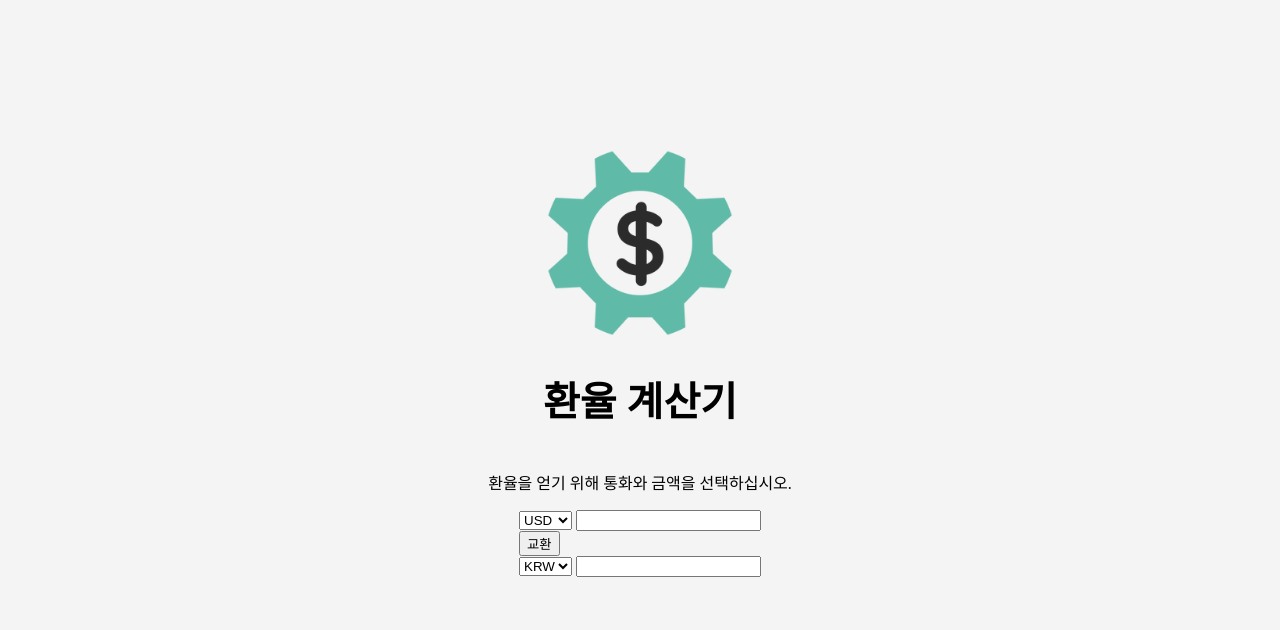
Repository: AbrorjonKuchkarov/exchange-rate
Page: index.html
These files come from the project's save history. The page is drawn as it stood at one moment and after the next save; the edit follows.
The browser window is 1280 px wide. The pictures show the whole page.

Above is the page before, as saved 2022-02-24 01:17:10.

After the next save:
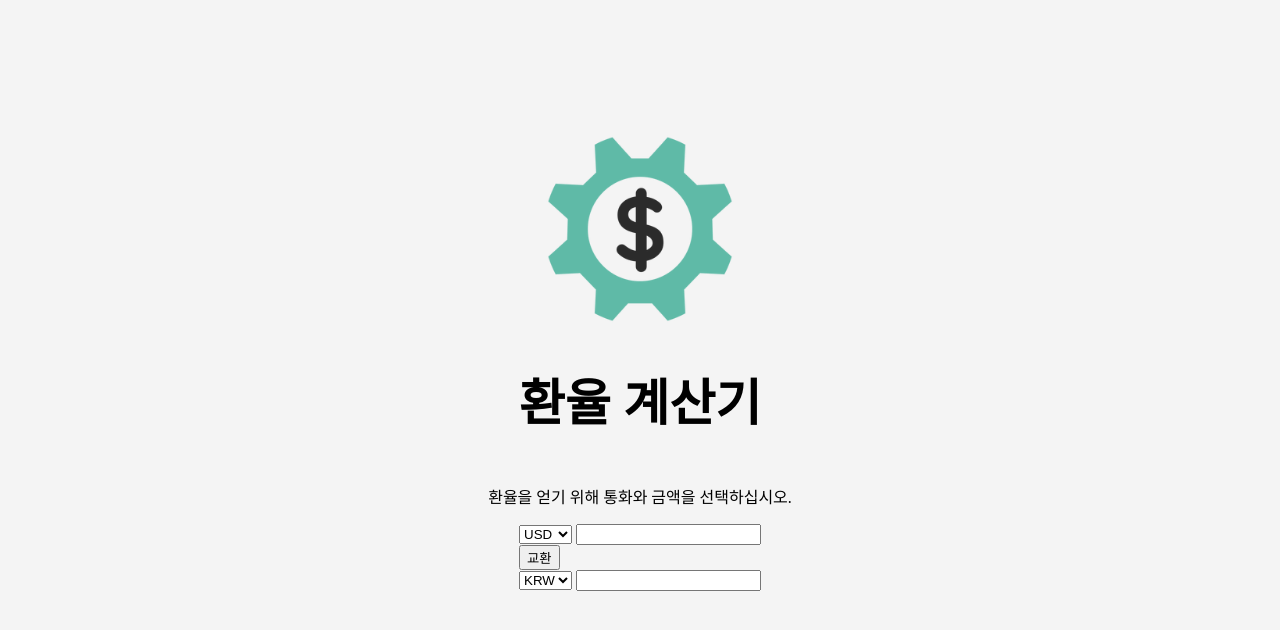
Saved 6 s later.
--- a/style.css
+++ b/style.css
@@ -17,5 +17,5 @@ img {
 }
 
 h1{
-   font-size: 40px;
+   font-size: 50px;
 }
